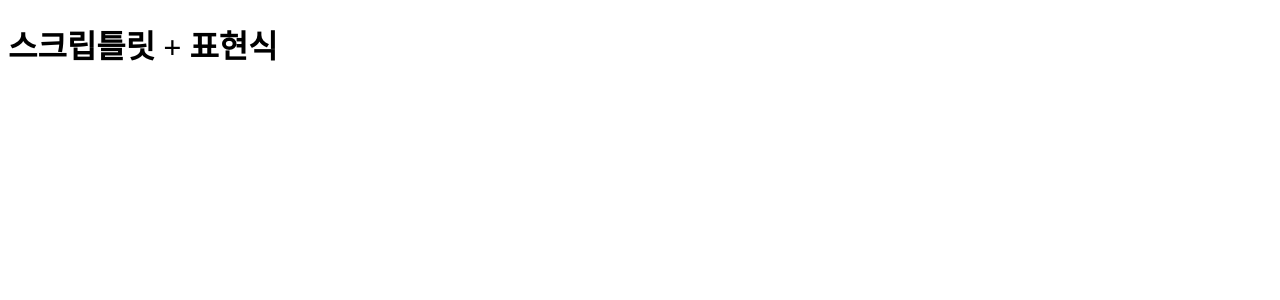
Repository: sujin9335/sever
Page: http://localhost/JSPTest/ex05.jsp
An editor plug-in stored every save of this project. The page is shown before and after the next save, followed by the edit.
The browser window is 1280 px wide. The pictures show the whole page.
The page is served by Tomcat 9.

Above is the page before, as saved 2023-10-17 05:38:04.

### JSPTest/src/main/webapp/ex05.jsp
<%@ page language="java" contentType="text/html; charset=UTF-8"
    pageEncoding="UTF-8"%>
<%

	String name="홍길동";



%>
<!DOCTYPE html>
<html>
<head>
<meta charset="UTF-8">
<title>Insert title here</title>
</head>
<body>
	<h1>스크립틀릿 + 표현식</h1>
</body>
</html>

After the next save:
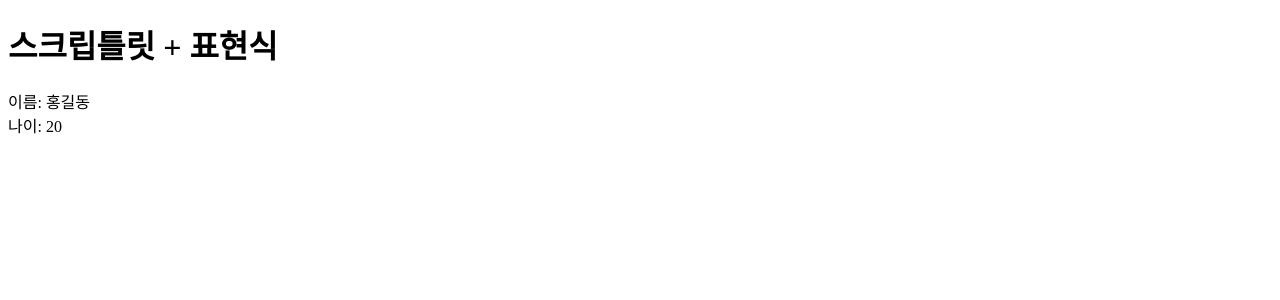
Saved 53 s later.
--- a/JSPTest/src/main/webapp/ex05.jsp
+++ b/JSPTest/src/main/webapp/ex05.jsp
@@ -3,6 +3,7 @@
 <%
 
 	String name="홍길동";
+	int age=20;
 
 
 
@@ -15,5 +16,9 @@
 </head>
 <body>
 	<h1>스크립틀릿 + 표현식</h1>
+
+	<div>이름: <%=name %> </div>
+	<div>나이: <%=age %></div>
+
 </body>
 </html>
